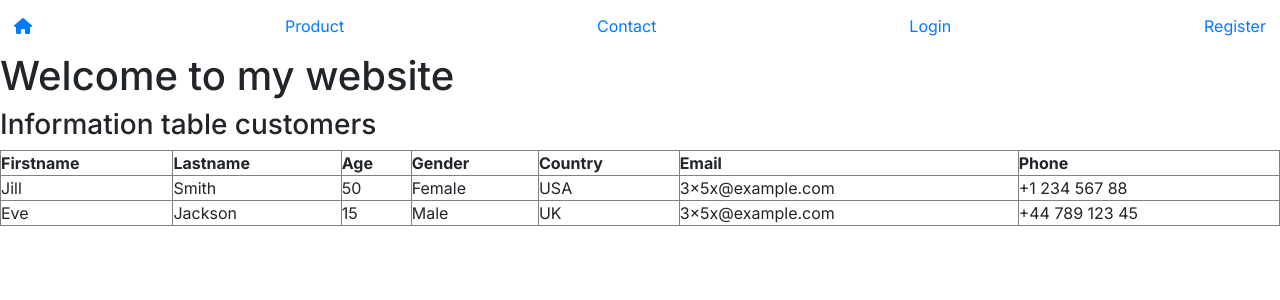
Repository: bao2222/hoc-lam-web
Page: About-me.html
These files come from the project's save history. The page is drawn as it stood at one moment and after the next save; the edit follows.
The browser window is 1280 px wide. The pictures show the whole page.

Above is the page before, as saved 2025-01-23 20:40:52.

### About-me.html
<!DOCTYPE html>
<html lang="en">
    <head>
        <title>About me</title>
        <meta charset="UTF-8">
        <link rel="name" href="welcome.html" type="text/html">
        <link rel="name" href="login.html" type="text/html">
        <link rel="name" href="logout.html" type="text/html">
        <link rel="stylesheet" href="style.css" type="text/css">
        <script src="project.js"></script>
        <link rel="stylesheet" href="https://cdnjs.cloudflare.com/ajax/libs/font-awesome/6.7.2/css/all.min.css" integrity="sha512-Evv84Mr4kqVGRNSgIGL/F/aIDqQb7xQ2vcrdIwxfjThSH8CSR7PBEakCr51Ck+w+/U6swU2Im1vVX0SVk9ABhg==" crossorigin="anonymous" referrerpolicy="no-referrer" />
        <link rel="stylesheet" href="https://maxcdn.bootstrapcdn.com/bootstrap/4.5.2/css/bootstrap.min.css">
        <script src="https://ajax.googleapis.com/ajax/libs/jquery/3.5.1/jquery.min.js"></script>
        <script src="https://cdnjs.cloudflare.com/ajax/libs/popper.js/1.16.0/umd/popper.min.js"></script>
        <script src="https://maxcdn.bootstrapcdn.com/bootstrap/4.5.2/js/bootstrap.min.js"></script>
        <link rel="preconnect" href="https://fonts.googleapis.com">
        <link rel="preconnect" href="https://fonts.gstatic.com" crossorigin>
        <link href="https://fonts.googleapis.com/css2?family=Inter+Tight:ital,wght@0,100..900;1,100..900&family=Inter:ital,opsz,wght@0,14..32,100..900;1,14..32,100..900&display=swap" rel="stylesheet">



    </head>

    <body>
        <header>
            <div>
                <div class="b-menu">
                    <a href="home.html">
                        <i class="fa-solid fa-house"></i>
                    </a>
                    <a href="b2.html">Product</a>
                    <a href="b3.html">Contact</a>
                    <a href="login.html">Login</a>
                    <a href="logout.html">Register</a>
                </div>

            </div>


        </header>
        <main>


            <h1>Welcome to my website</h1>
            <h3>Information table customers</h3>
            <table style="width:100%" border="1">


                <tr>
                    <th>Firstname</th>
                    <th>Lastname</th>
                    <th>Age</th>
                    <th>Gender</th>
                    <th>Country</th>
                    <th>Email</th>
                    <th>Phone</th>
                </tr>
                <tr>
                    <td>Jill</td>
                    <td>Smith</td>
                    <td>50</td>
                    <td>Female</td>
                    <td>USA</td>
                    <td>3x5x@example.com</td>
                    <td>+1 234 567 88</td>
                </tr>
                <tr>
                    <td>Eve</td>
                    <td>Jackson</td>
                    <td>15</td>
                    <td>Male</td>
                    <td>UK</td>
                    <td>3x5x@example.com</td>
                    <td>+44 789 123 45</td>
                </tr>

            </table>


        </main>


        <footer></footer>



    </body>
</html>

### style.css
*{
    box-sizing: border-box;
    margin: 0;
    padding: 0;
    font-family: 'Inter', sans-serif;
}
.google-header{
    font-family: 'Poppins', sans-serif;
}
header{
    display: flex;
    justify-content: space-between;
    padding: 14px;
    gap: 14px;
}
.b-menu{
    display:flex;
    justify-content: space-between;
    align-items: center ;
    gap: 14;
}

Loaded but not shown: project.js (no stored copy; drawn as an empty file)

After the next save:
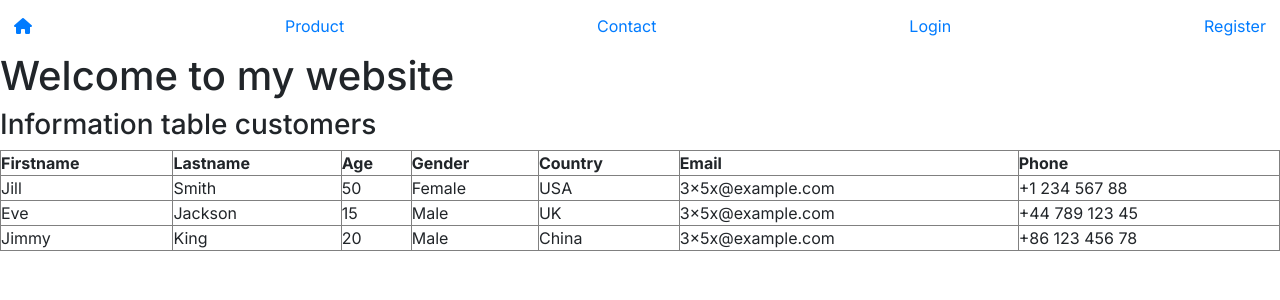
Saved 6 min 14 s later.
--- a/About-me.html
+++ b/About-me.html
@@ -73,6 +73,15 @@
                     <td>3x5x@example.com</td>
                     <td>+44 789 123 45</td>
                 </tr>
+                <tr>
+                    <td>Jimmy</td>
+                    <td>King</td>
+                    <td>20</td>
+                    <td>Male</td>
+                    <td>China</td>
+                    <td>3x5x@example.com</td>
+                    <td>+86 123 456 78</td>
+                </tr>
 
             </table>
 
